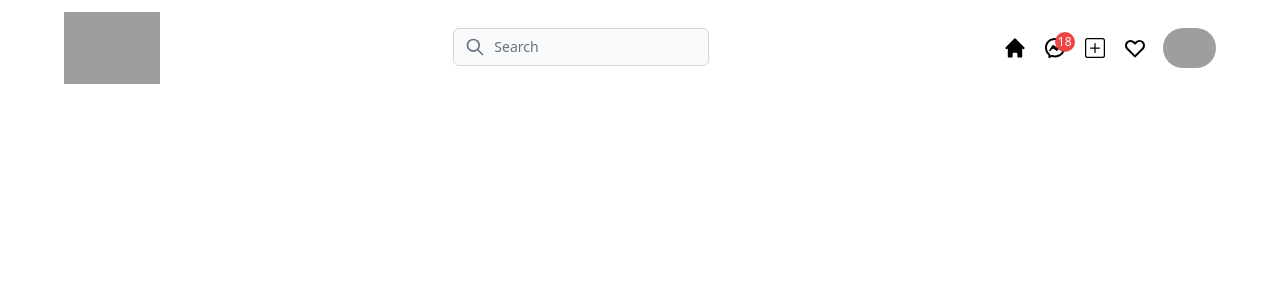
Repository: SehajBindra/insta--clone
Page: /
These files come from the project's save history. The page is drawn as it stood at one moment and after the next save; the edit follows.
The browser window is 1280 px wide. The pictures show the whole page.
Pictures or frames that could not be fetched are drawn as grey boxes. The project was rebuilt for these pictures with package versions that can differ from the ones it lists, and the page was loaded fresh each time. The framework's server and built-in components were replaced by stand-ins that run in the browser. Also part of the build but not shown: next.config.js.

Above is the page before, as saved 2022-04-11 13:51:28.

After the next save:
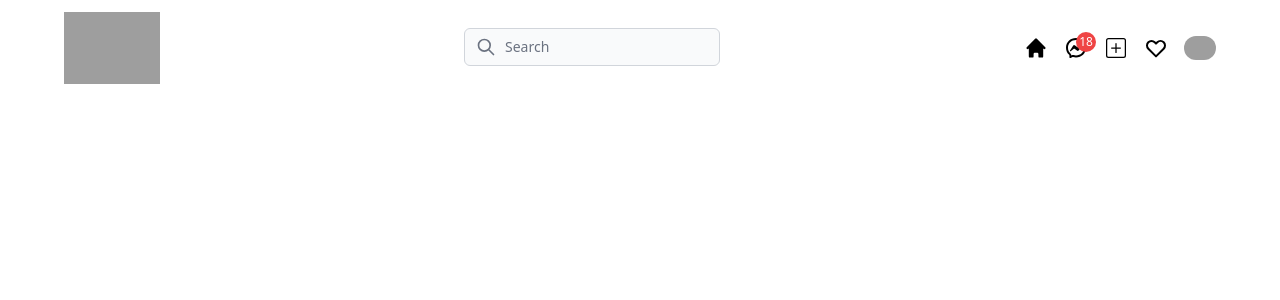
Saved 85 s later.
--- a/components/Header.js
+++ b/components/Header.js
@@ -56,7 +56,7 @@
        {/* <UserGroupIcon className="navBtn"/> */}
        <HeartIcon     className="navBtn"  />
 
-       <img className="h-10 rounded-full  cursor-pointer" src="https:links.papareact.com/3ke" alt="profile pic"  />
+       <img className="h-6 rounded-full  cursor-pointer" src="https:links.papareact.com/3ke" alt="profile pic"  />
        </div>
       </div>
     </div>
